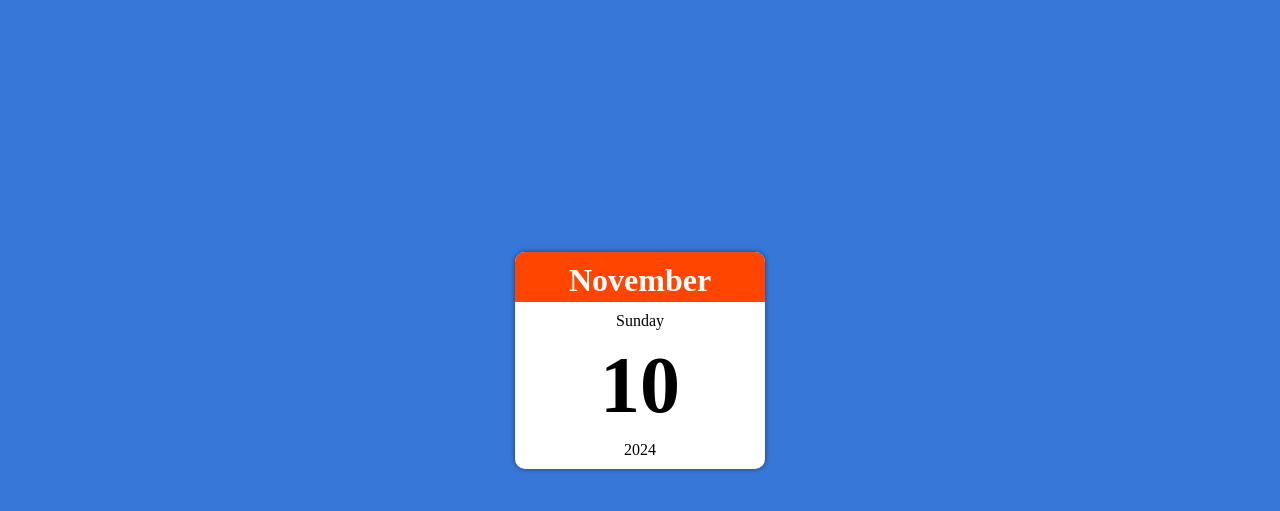
Repository: JunaidAnsari202/Mini-Calender
Page: index.html
These files come from the project's save history. The page is drawn as it stood at one moment and after the next save; the edit follows.
The browser window is 1280 px wide. The pictures show the whole page.

Above is the page before, as saved 2024-11-10 12:04:12.

### index.html
<!DOCTYPE html>
<html lang="en">
<head>
    <meta charset="UTF-8">
    <meta name="viewport" content="width=device-width, initial-scale=1.0">
    <title>Mini Calender</title>
    <link rel="stylesheet" href="style.css">
</head>
<body>
   <div class="container">
    <div class="month">December</div>
    <div class="weekday">Saturday</div>
    <div class="day">30</div>
    <div class="year">2024</div>

</div>

    <script src="script.js"></script>
</body>
</html>

### style.css
*{
    margin: 0;
    padding: 0;
    box-sizing: border-box;
}

body{
    background-color: rgb(55, 119, 215);
    display: flex;
    justify-content: center;
    align-items: center;
    height: 100vh;
}

.container{
    width: 250px;
    background-color: white;
    border-radius: 10px;
    box-shadow: 0 0 5px 0 rgba(0,0,0,0.5);
    text-align: center;
    border: none;
}

.month{
    background-color: orangered;
    height: 50px;
    font-size: 2rem;
    font-weight: bold;
    color: white;
    padding: 10px;
    margin-bottom: 10px;
    border-radius: 10px 10px 0 0;

}

.weekday{
    margin-bottom: 10px;
}

.day{
    font-size: 5rem;
    font-weight: bold;
    margin-bottom: 10px;

}
.year{
    margin-bottom: 10px;
}

### script.js
const month=document.querySelector('.month');
const weekday=document.querySelector('.weekday');
const day=document.querySelector('.day');
const year=document.querySelector('.year');

window.addEventListener("DOMContentLoaded",()=>{
    const date= new Date();
    day.textContent=date.getDate();
    year.textContent=date.getFullYear();
    month.textContent=date.toLocaleDateString("en-US",{month:"long"})
    weekday.textContent=date.toLocaleDateString("en-US",{weekday:"long"})
})

After the next save:
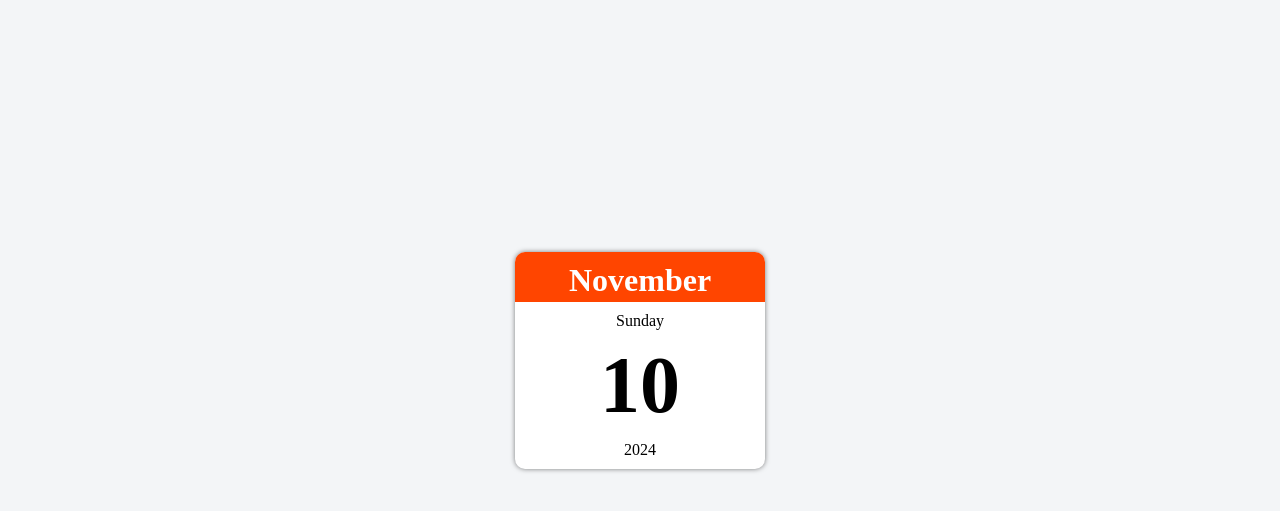
Saved 5 s later.
--- a/style.css
+++ b/style.css
@@ -5,7 +5,7 @@
 }
 
 body{
-    background-color: rgb(55, 119, 215);
+    background-color: rgb(243, 245, 247);
     display: flex;
     justify-content: center;
     align-items: center;
